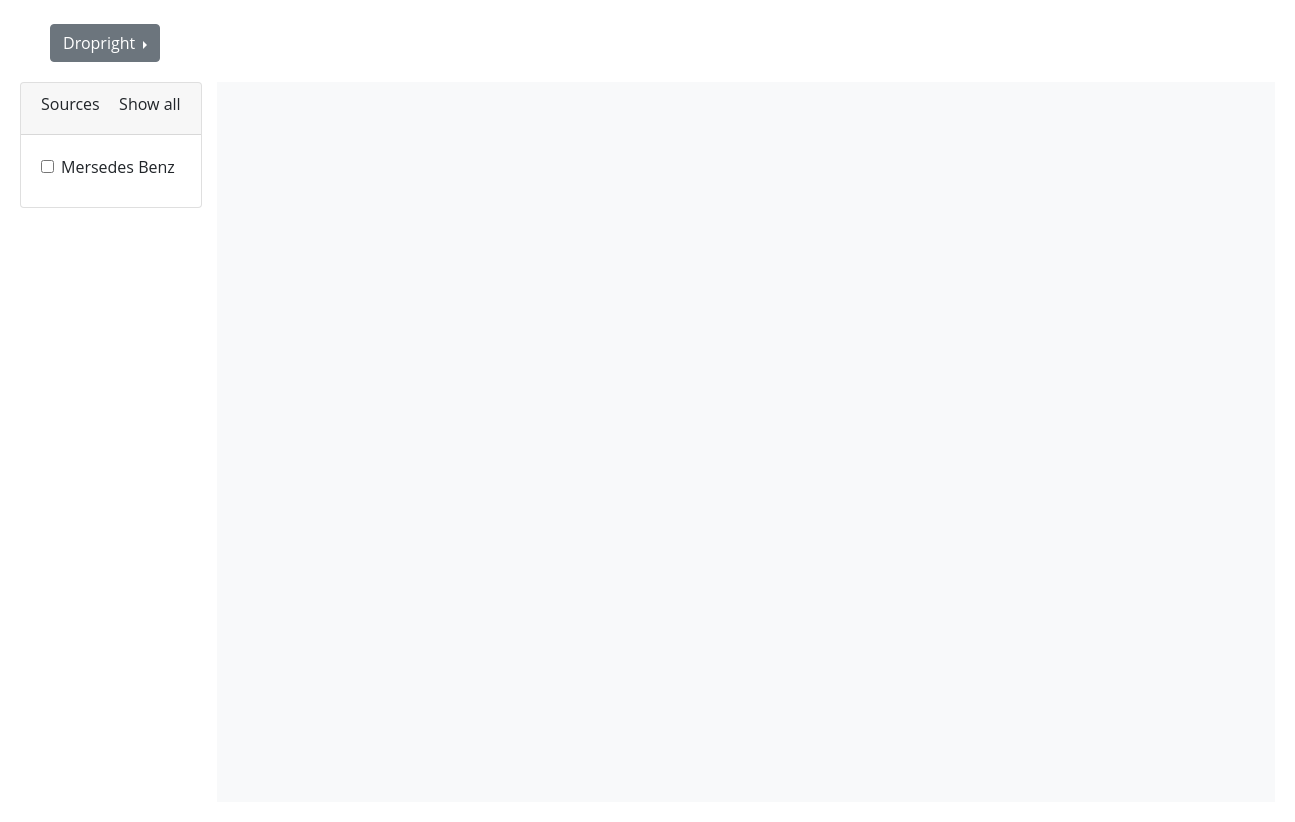
Repository: tts2610/GoogleNews
Page: index.html
An editor plug-in stored every save of this project. The page is shown before and after a run of saves, followed by the edit.
The browser window is 1280 px wide. The page is 1295 px wide, so the pictures cover 1295 px, including what lies to the right of the window. The pictures show the whole page.
The page's requests for data from a server got no answer. Some web libraries are served in a nearby version.

Above is the page before, as saved 2020-05-21 01:23:22.

### index.html
<!DOCTYPE html>
<html lang="en">

<head>
    <meta charset="UTF-8">
    <meta name="viewport" content="width=device-width, initial-scale=1.0">
    <title>Document</title>
    <link rel="stylesheet" href="https://maxcdn.bootstrapcdn.com/bootstrap/4.4.1/css/bootstrap.min.css">

    <!-- jQuery library -->
    <script src="https://ajax.googleapis.com/ajax/libs/jquery/3.5.1/jquery.min.js"></script>

    <!-- Popper JS -->
    <script src="https://cdnjs.cloudflare.com/ajax/libs/popper.js/1.16.0/umd/popper.min.js"></script>

    <!-- Latest compiled JavaScript -->
    <script src="https://maxcdn.bootstrapcdn.com/bootstrap/4.4.1/js/bootstrap.min.js"></script>
    <link rel="stylesheet" href="css/style.css">

    <link href="https://unpkg.com/aos@2.3.1/dist/aos.css" rel="stylesheet">

    <link rel="stylesheet" href="https://cdnjs.cloudflare.com/ajax/libs/animate.css/4.0.0/animate.min.css" />
    <script src="js/moment.js"></script>
</head>

<body>
    <div class="myContainer">
        <div class=" pt-4 btn-group dropright" style="margin-left: -450px;">
            <button type="button" class="btn btn-secondary dropdown-toggle" data-toggle="dropdown" aria-haspopup="true" aria-expanded="false">
              Dropright
            </button>
            <div class="dropdown-menu">
                <!-- Dropdown menu links -->
            </div>
        </div>
        <div class="row">
            <div class="col-2 sidenav">
                <div class="card">
                    <article class="card-group-item">
                        <header class="card-header">
                            <h6 class="title">Sources<span style="float: right; cursor: pointer;" onclick="showAll(1)">Show all</span></h6>
                        </header>
                        <div class="filter-content">
                            <div class="card-body">
                                <form id="sideNav">
                                    <label class="form-check">
                                        <input class="form-check-input" type="checkbox" value="">
                                        <span class="form-check-label">
                                            Mersedes Benz
                                        </span>
                                    </label>
                                </form>

                            </div>
                            <!-- card-body.// -->
                        </div>
                    </article>
                    <!-- card-group-item.// -->

                    <!-- card-group-item.// -->
                </div>

            </div>
            <div class="col-10 content" id="myContent">

            </div>
        </div>



    </div>

    <script src="js/script.js"></script>
    <script src="https://unpkg.com/aos@2.3.1/dist/aos.js"></script>
    <script>
        AOS.init();
    </script>
</body>

</html>

### css/style.css
body {
    margin: 0;
    font-family: 'Open Sans', sans-serif;
}

.myContainer {
    /* display: flex;
    justify-content: start; */
}

.sidenav {
    min-height: 100vh;
    width: 250px;
    float: left;
    position: relative;
}

#sideNav {
    overflow-y: scroll;
}

.content {
    height: 100vh;
    width: calc(100% - 200px);
    float: right;
    position: relative;
    background-color: #f8f9fa;
    overflow-y: scroll;
}

.blog-entry-left {
    text-align: left;
    padding: 10px;
    width: 70%;
}

.blog-entry {
    padding: 10px;
}

.row {
    padding: 20px;
}

#container-row {
    display: flex;
    justify-content: flex-end;
}

button {
    margin-left: 500px;
}

### js/script.js
let newsList = [];
const apiKey = "2dc86bcdc7184b17b45b74b30858f75a"
let page = 1;
let pageSize = 6;
let categoryList = [];
let q = "apple";

const loadNews = async(page) => {
    let sources = [];
    $("input:checkbox:checked").each(function() {
        sources.push($(this).val());
    });
    let url;
    if (!sources.length) {
        $("#currentNews").remove();
        url = `https://newsapi.org/v2/top-headlines?q=${q}&apiKey=${apiKey}&page=${page}&pageSize=${pageSize}`;

    } else {
        $("#myContent").empty();
        let sourceStr = sources.join(",");
        url = `https://newsapi.org/v2/top-headlines?q=${q}&page=${page}&pageSize=${pageSize}&sources=${sourceStr}&apiKey=${apiKey}`
    }



    let data = await fetch(url);
    let result = await data.json();
    $("#myContent").append(render(result));
    if (!sources.length)
        $('#myContent').append(`<button onclick="loadMoreFunction()" id="loadMoreBtn" type="button" class="btn btn-success my-4">Load more</button>`);
    $('#myContent').append(`<div id="currentNews" style="text-align:right;">Shown : ${result.articles.length} news</div>`);
}

function showAll() {
    $("input:checkbox:checked").each(function() {
        $(this).prop("checked", false);
    });
    loadNews(1);
}

$(document).ready(function() {
    countCategory();
    loadNews(page);

});

async function countCategory() {
    let filterUrl = `https://newsapi.org/v2/top-headlines?q=${q}&apiKey=${apiKey}`;
    let filterData = await fetch(filterUrl);
    let result = await filterData.json();
    result.articles.forEach((x, i) => {
        addToDictionary(x.source);
    });
    reloadFilter();
}


function loadMoreFunction() {
    page++;
    $("#loadMoreBtn").remove();
    $("#currentNews").remove();
    loadNews(page);
}

function reloadFilter() {
    $("#sideNav").empty();
    categoryList.forEach(element => {

        let html = `<label class="form-check">
        <input onchange="loadNews(1);" class="form-check-input" type="checkbox" id="${element.id}" value="${element.id}">
        <span class="form-check-label">
            ${element.category}(${element.count})
        </span>`;
        $("#sideNav").append(html);
    });
}

function addToDictionary(x) {
    let flag;
    for (let i = 0; i < categoryList.length; i++) {
        if (categoryList[i].id == x.id) {
            categoryList[i].count++;
            flag = true;
        }
    }
    if (!flag)
        categoryList.push({ id: x.id, category: x.name, count: 1 })
}

function render(result) {
    let innerHtml = result.articles.map(x => {
        return `<div class="row">
        <div class="news-img"><img class="rounded" src="${x.urlToImage}" width="200" height="200"></div>
        <div class="blog-entry-left">
            <div class="text">
                <h3 class="mb-2"><a href="single.html">${x.title}</a></h3>
                <div class="meta-wrap">
                    <p class="meta">
                        <span><i class="icon-calendar mr-2"></i>${moment(x.publishedAt).fromNow()}</span>
                        <span><a href="single.html"><i class="icon-folder-o mr-2"></i>${x.source.name}</a></span>
                        <span><i class="icon-comment2 mr-2"></i>5 Comment</span>
                    </p>
                </div>
                <p class="mb-4">${x.description}</p>
                <p><a href="#" class="btn-custom">Read More <span class="ion-ios-arrow-forward"></span></a></p>
            </div>
        </div>

    </div>`
    }).join('');
    return innerHtml;
}

Loaded but not shown: js/moment.js (library)

After the next 2 saves:
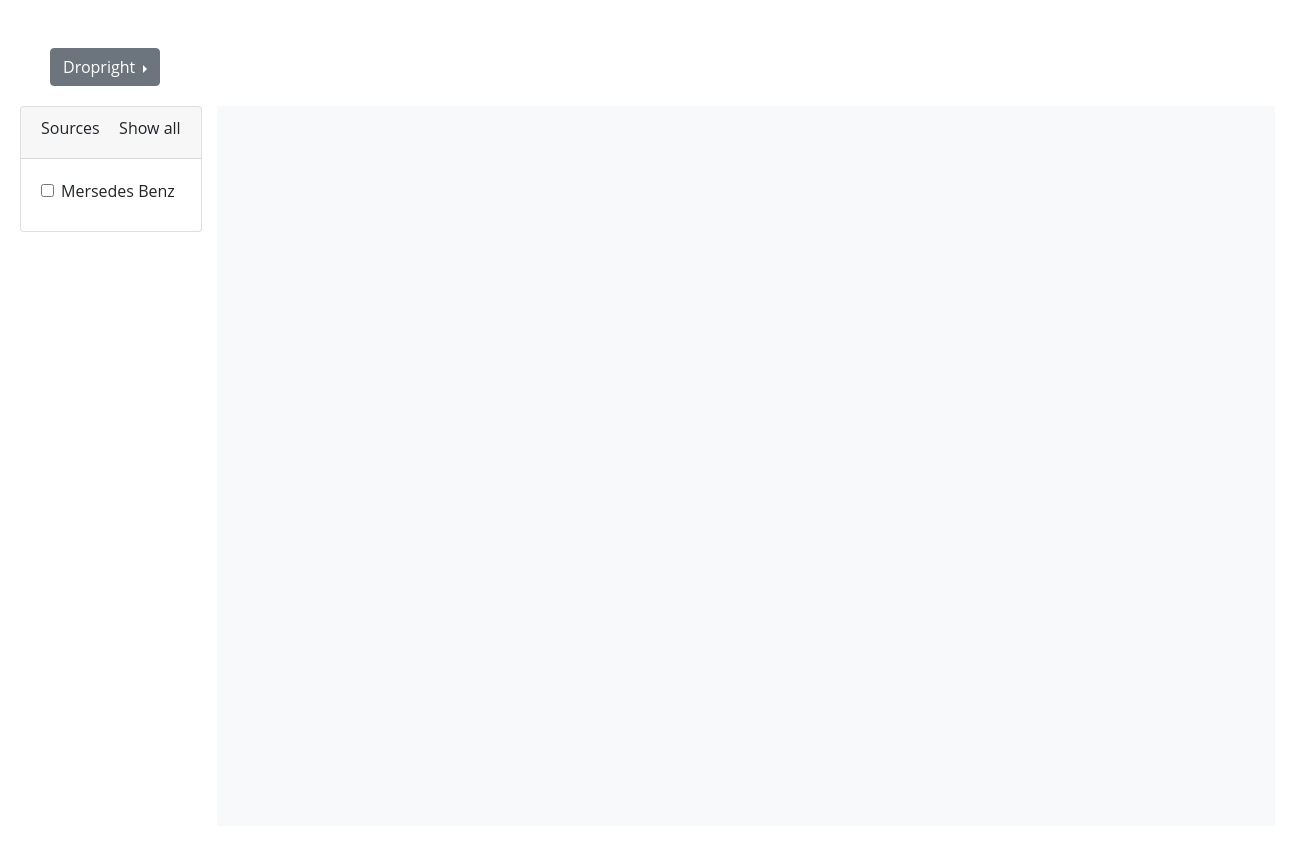
The 2 saves are shown as one change because they came seconds apart.
The last was saved 42 s later.
--- a/index.html
+++ b/index.html
@@ -25,7 +25,7 @@
 
 <body>
     <div class="myContainer">
-        <div class=" pt-4 btn-group dropright" style="margin-left: -450px;">
+        <div class="btn-group dropright mt-5" style="margin-left: -450px;">
             <button type="button" class="btn btn-secondary dropdown-toggle" data-toggle="dropdown" aria-haspopup="true" aria-expanded="false">
               Dropright
             </button>
